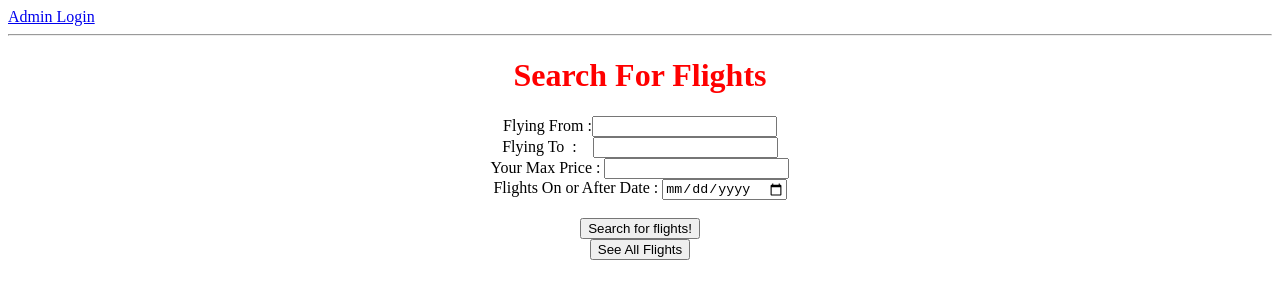
Repository: tuskhillare/FlyAway-1.0-
Page: http://localhost/FlyAway/
An editor plug-in stored every save of this project. The page is shown before and after the next save, followed by the edit.
The browser window is 1280 px wide. The pictures show the whole page.
The page is served by Tomcat 9. Other server files are loaded and not shown.

Above is the page before, as saved 2021-10-01 13:32:20.

### Source Code/FlyAway/src/main/webapp/index.jsp
<!DOCTYPE html>
<html>
<head>
<style type="text/css">
h1{color:red;}
</style>
<meta charset="UTF-8">
<title>Welcome To Fly Away Ticket Booking Portal</title>
</head>
<body>
	<a href="Login.jsp">Admin Login</a>
	<hr>
	<center>
	<h1>Search For Flights</h1>
	<form name="searchForFlights" method="GET" action="SearchFlights">
		Flying From :<input type="text" name="source" > <br/>
		Flying To &nbsp;:&nbsp;&nbsp;&nbsp;&nbsp;<input type="text" name="destination" > <br/>
		Your Max Price : <input type="number" name="price"> <br/>
		Flights On or After Date : <input type="date" name="date"> <br/>
		<br/>
		<input type="submit" value="Search for flights!">
	</form>
	<form name ="seeAllFlights" method="GET" action="SeeAllFlights">
		<input type="submit" value="See All Flights">
	</form>
	</center>
</body>
</html>

After the next save:
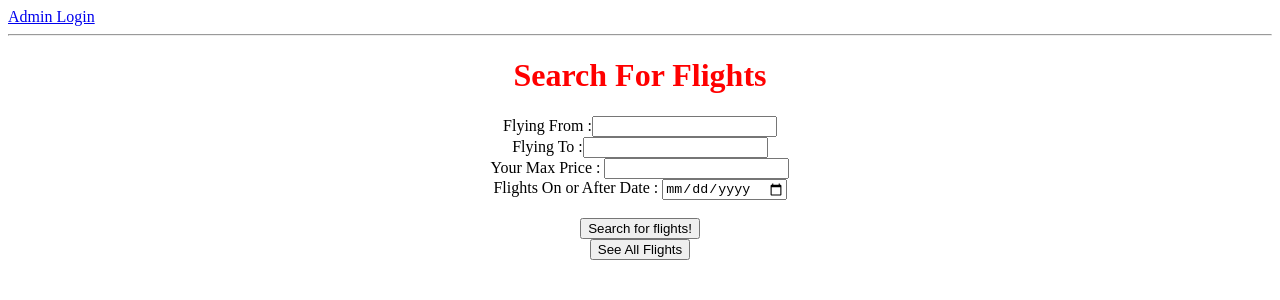
Saved 69 s later.
--- a/Source Code/FlyAway/src/main/webapp/index.jsp
+++ b/Source Code/FlyAway/src/main/webapp/index.jsp
@@ -14,7 +14,7 @@ h1{color:red;}
 	<h1>Search For Flights</h1>
 	<form name="searchForFlights" method="GET" action="SearchFlights">
 		Flying From :<input type="text" name="source" > <br/>
-		Flying To &nbsp;:&nbsp;&nbsp;&nbsp;&nbsp;<input type="text" name="destination" > <br/>
+		Flying To :<input type="text" name="destination" > <br/>
 		Your Max Price : <input type="number" name="price"> <br/>
 		Flights On or After Date : <input type="date" name="date"> <br/>
 		<br/>
